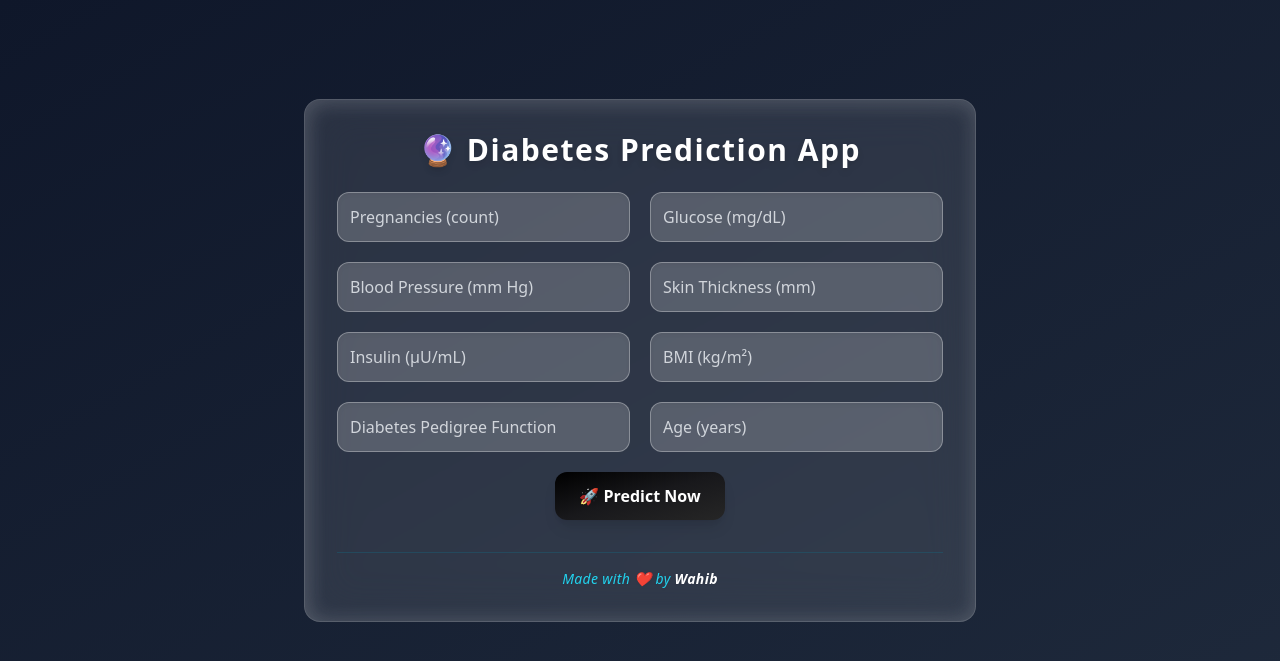
Repository: wahibkhannn/pima-diabetes-app
Page: / (app in frontend/)
An editor plug-in stored every save of this project. The page is shown before and after the next save, followed by the edit.
The browser window is 1280 px wide. The pictures show the whole page.
The project was rebuilt for these pictures with package versions that can differ from the ones it lists, and the page was loaded fresh each time.

Above is the page before, as saved 2025-06-30 21:10:23.

After the next save:
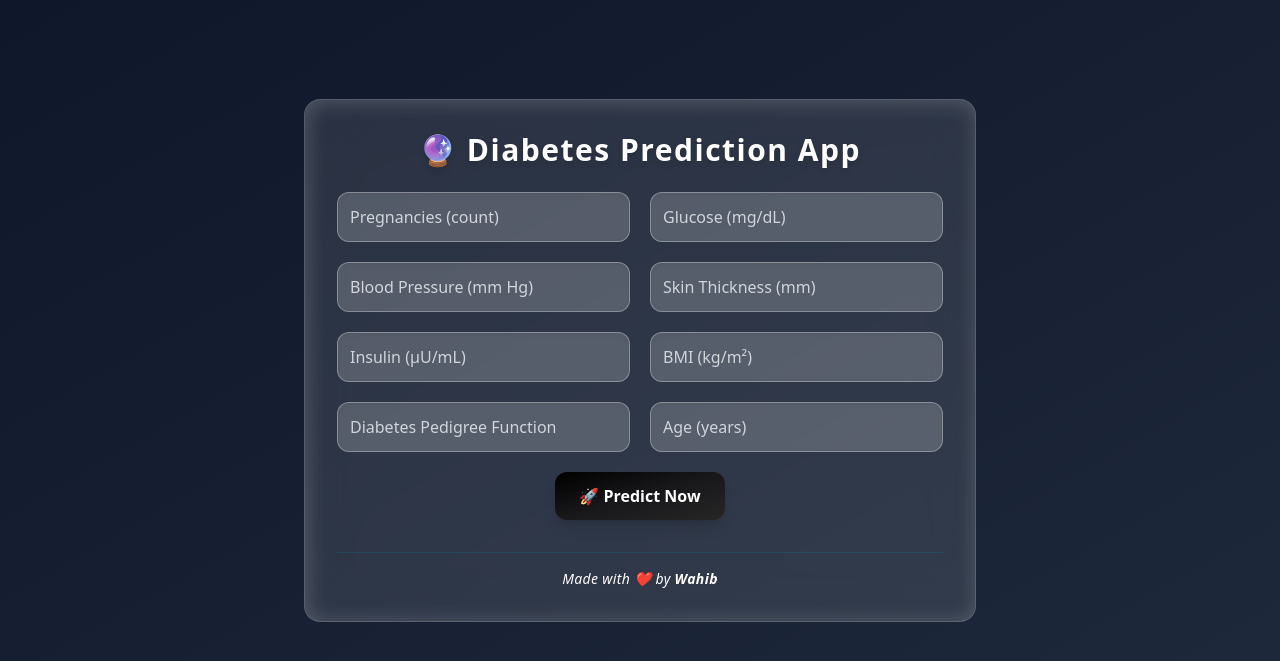
Saved 31 s later.
--- a/frontend/src/DiabetesPredictor.js
+++ b/frontend/src/DiabetesPredictor.js
@@ -163,7 +163,7 @@ const DiabetesPredictor = () => {
         )}
 
         <div className="mt-8 border-t border-cyan-700/30 pt-4 text-center">
-          <p className="text-sm text-cyan-400 tracking-wide italic drop-shadow-sm">
+          <p className="text-sm text-navy-400 tracking-wide italic drop-shadow-sm">
             Made with ❤️ by <span className="font-semibold text-white">Wahib</span>
           </p>
         </div>
